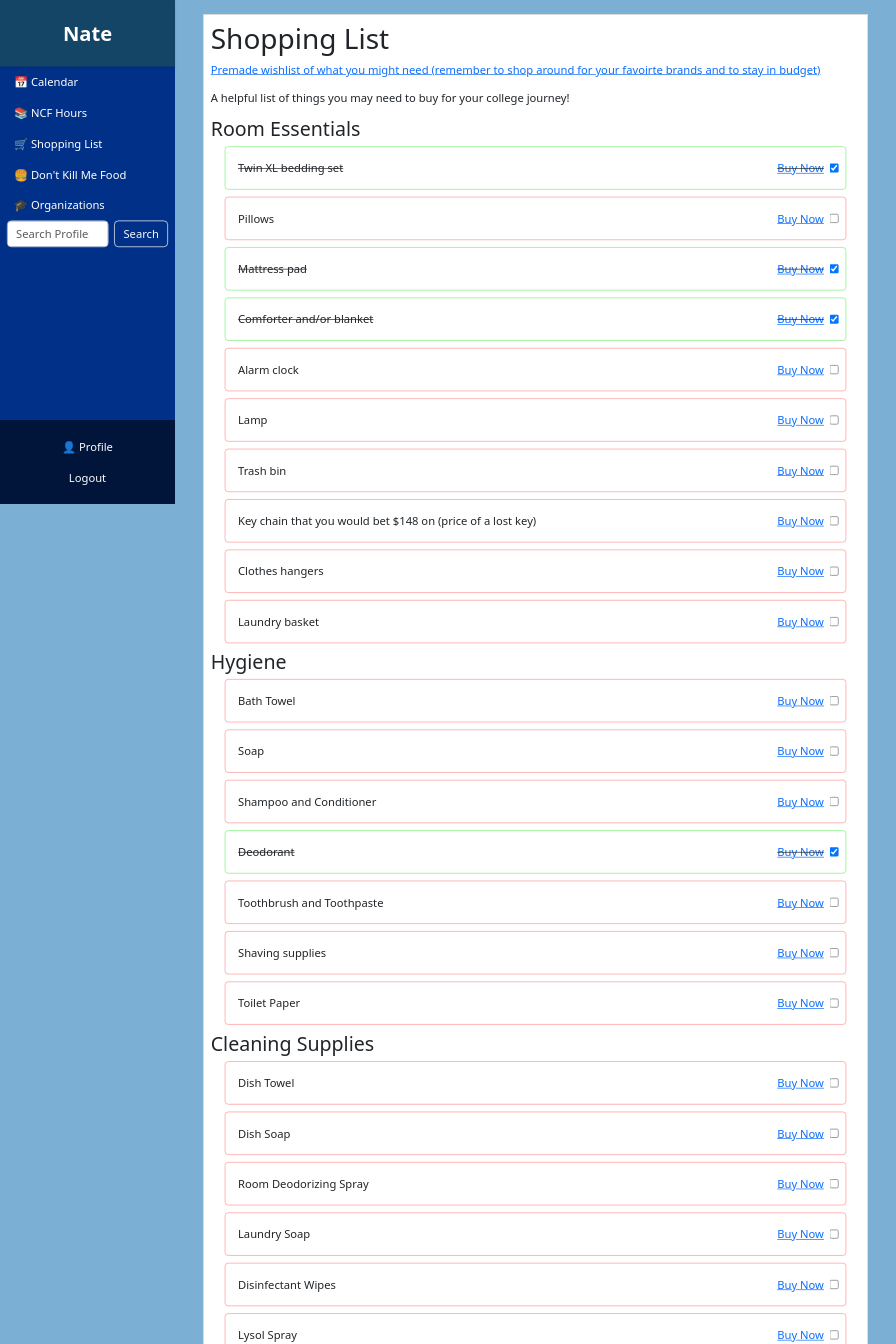
Repository: NateClarkTech/SoftwareEngineeringProject2
Page: http://localhost/shoppinglist/
The author's editor kept a copy of each file at every save. The page is drawn from the files as they stood at one save, then again after the next save.
The browser window is 1280 px wide. The pictures show the part of the page from y = 0 to 1920 px (the page is 4171 px tall before and 4579 px after), at 70% of full size.
The page is served by the project's application, run on Django 5.2 (manage.py). The first stored user is signed in. The page reads the database file committed with the project.

Above is the page before, as saved 2024-03-12 17:53:23.

After the next save:
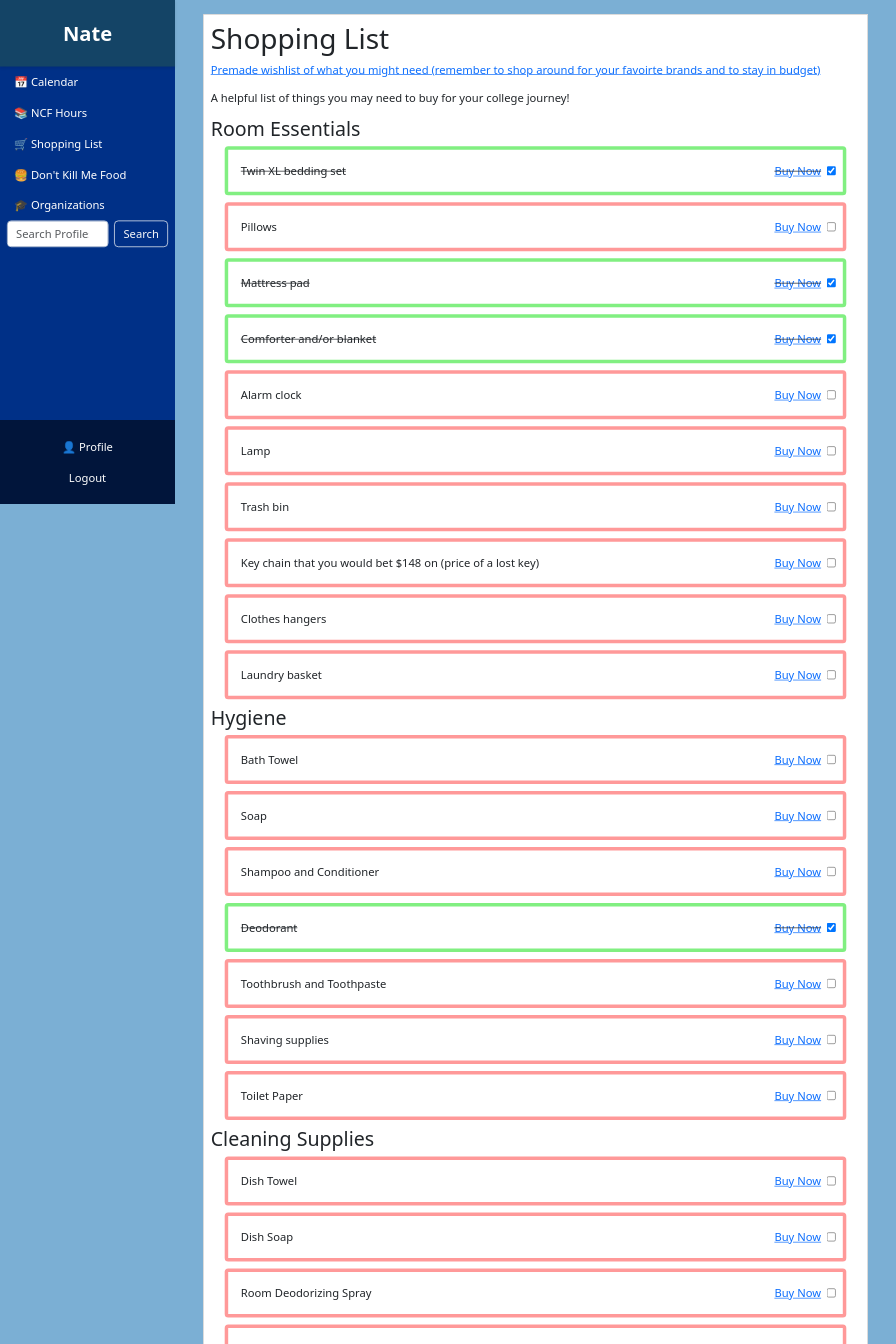
Saved 72 s later.
--- a/ShoppingList/templates/shoppinglist.html
+++ b/ShoppingList/templates/shoppinglist.html
@@ -19,12 +19,14 @@
         text-decoration: line-through;
         border-color: #81ef81;
         border-radius: 5px;
+        border-width: 5px;
     }
 
     .not-checked {
         text-decoration: none;
         border-color: #ff9999;
         border-radius: 5px;
+        border-width: 5px;
     }
 </style>
 {% endblock %}
